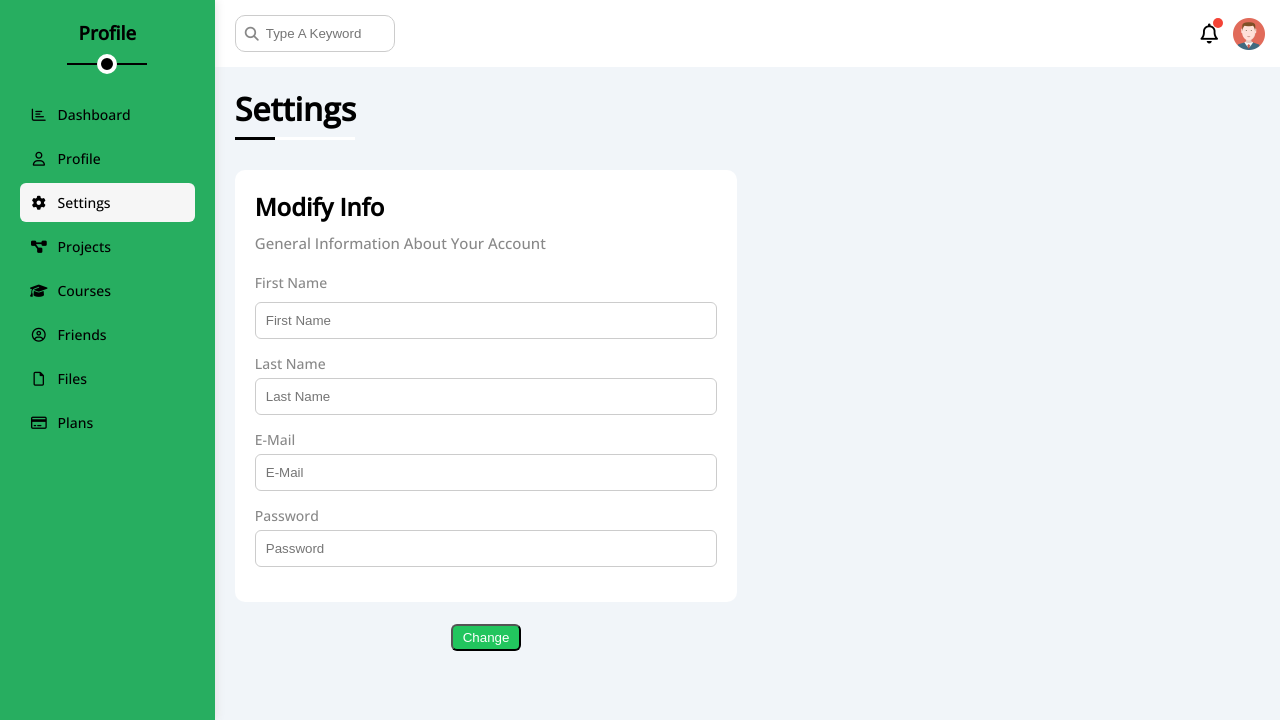
Repository: souhailaniba/Bookly
Page: public/assets/books webstie/settings.html
These files come from the project's save history. The page is drawn as it stood at one moment and after the next save; the edit follows.
The browser window is 1280 px wide. The pictures show the whole page.

Above is the page before, as saved 2023-01-27 15:05:08.

### public/assets/books webstie/settings.html
<!DOCTYPE html>
<html lang="en">
  <head>
    <meta charset="UTF-8" />
    <meta http-equiv="X-UA-Compatible" content="IE=edge" />
    <meta name="viewport" content="width=device-width, initial-scale=1.0" />
    <title>Settings</title>
    <link rel="stylesheet" href="css/all.min.css" />
    <link rel="stylesheet" href="css/framework.css" />
    <link rel="stylesheet" href="css/master.css" />
    <link rel="preconnect" href="https://fonts.googleapis.com" />
    <link rel="preconnect" href="https://fonts.gstatic.com" crossorigin />
    <link href="https://fonts.googleapis.com/css2?family=Open+Sans:wght@300;500&display=swap" rel="stylesheet" />
  </head>
  <body>
    <div class="page d-flex">
      <div class="sidebar bg-white p-20 p-relative"   style="background-color: #27ae60;">
        <h3 class="p-relative txt-c mt-0">Profile</h3>
        <ul>
          <li>
            <a class="d-flex align-center fs-14 c-black rad-6 p-10" href="profil.html">
              <i class="fa-regular fa-chart-bar fa-fw"></i>
              <span>Dashboard</span>
            </a>
          </li>
          <li>
            <a class="d-flex align-center fs-14 c-black rad-6 p-10" href="profile.html">
              <i class="fa-regular fa-user fa-fw"></i>
              <span>Profile</span>
            </a>
          </li>
          <li>
            <a class="active d-flex align-center fs-14 c-black rad-6 p-10" href="settings.html">
              <i class="fa-solid fa-gear fa-fw"></i>
              <span>Settings</span>
            </a>
          </li>
          <li>
            <a class="d-flex align-center fs-14 c-black rad-6 p-10" href="projects.html">
              <i class="fa-solid fa-diagram-project fa-fw"></i>
              <span>Projects</span>
            </a>
          </li>
          <li>
            <a class="d-flex align-center fs-14 c-black rad-6 p-10" href="courses.html">
              <i class="fa-solid fa-graduation-cap fa-fw"></i>
              <span>Courses</span>
            </a>
          </li>
          <li>
            <a class="d-flex align-center fs-14 c-black rad-6 p-10" href="friends.html">
              <i class="fa-regular fa-circle-user fa-fw"></i>
              <span>Friends</span>
            </a>
          </li>
          <li>
            <a class="d-flex align-center fs-14 c-black rad-6 p-10" href="files.html">
              <i class="fa-regular fa-file fa-fw"></i>
              <span>Files</span>
            </a>
          </li>
          <li>
            <a class="d-flex align-center fs-14 c-black rad-6 p-10" href="plans.html">
              <i class="fa-regular fa-credit-card fa-fw"></i>
              <span>Plans</span>
            </a>
          </li>
        </ul>
      </div>
      <div class="content w-full">
        <!-- Start Head -->
        <div class="head bg-white p-15 between-flex">
          <div class="search p-relative">
            <input class="p-10" type="search" placeholder="Type A Keyword" />
          </div>
          <div class="icons d-flex align-center">
            <span class="notification p-relative">
              <i class="fa-regular fa-bell fa-lg"></i>
            </span>
            <img src="imgs/avatar.png" alt="" />
          </div>
        </div>
        <!-- End Head -->
        <h1 class="p-relative">Settings</h1>
        <div class="settings-page m-20 d-grid gap-20">
          <!-- Start Settings Box -->
          <form action="">
            <div class="p-20 bg-white rad-10">
              <h2 class="mt-0 mb-10">Modify Info</h2>
              <p class="mt-0 mb-20 c-grey fs-15">General Information About Your Account</p>
              <div class="mb-15">
                <label class="fs-14 c-grey d-block mb-10" for="first">First Name</label>
                <input
                  class="b-none border-ccc p-10 rad-6 d-block w-full"
                  type="text"
                  id="first"
                  placeholder="First Name"
                />
              </div>
              <div class="mb-15">
                <label class="fs-14 c-grey d-block mb-5" for="last">Last Name</label>
                <input
                  class="b-none border-ccc p-10 rad-6 d-block w-full"
                  id="last"
                  type="text"
                  placeholder="Last Name"
                />
              </div>
              <div class="mb-15">
                <label class="fs-14 c-grey d-block mb-5" for="email">E-Mail</label>
                <input
                  class="b-none border-ccc p-10 rad-6 d-block w-full"
                  id="email"
                  type="email"
                  placeholder="E-Mail"
                />
              </div>
              <div class="mb-15">
                <label class="fs-14 c-grey d-block mb-5" for="password">Password</label>
                <input
                  class="b-none border-ccc p-10 rad-6 d-block w-full"
                  id="password"
                  type="password"
                  placeholder="Password"
                />
              </div>
            </div>
              <br><center><button class="button bg-green c-white btn-shape" type="submit" action="">Change</button></center>
            </div>
          </div>
        </form>
          <!-- End Settings Box -->
        </div>
      </div>
    </div>
  </body>
</html>

### public/assets/books webstie/css/framework.css
:root {
  --blue-color: #0075ff;
  --blue-alt-color: #0d69d5;
  --orange-color: #f59e0b;
  --green-color: #22c55e;
  --red-color: #f44336;
  --grey-color: #888;
}
/* Start Box */
.d-flex {
  display: flex;
}
.f-wrap {
  flex-wrap: wrap;
}
.align-center {
  align-items: center;
}
.space-between {
  justify-content: space-between;
}
.d-grid {
  display: grid;
}
.gap-20 {
  gap: 20px;
}
.d-block {
  display: block;
}
@media (max-width: 767px) {
  .block-mobile {
    display: block;
  }
  .hide-mobile {
    display: none;
  }
}
/* End Box */
/* Start Padding + Margin */
.p-10 {
  padding: 10px;
}
.p-15 {
  padding: 15px;
}
.p-20 {
  padding: 20px;
}
.pt-10 {
  padding-top: 10px;
}
.pt-15 {
  padding-top: 15px;
}
.pt-20 {
  padding-top: 20px;
}
.pb-10 {
  padding-bottom: 10px;
}
.pb-15 {
  padding-bottom: 15px;
}
.pb-20 {
  padding-bottom: 20px;
}
.pl-15 {
  padding-left: 15px;
}
.m-0 {
  margin: 0;
}
.m-15 {
  margin: 15px;
}
.m-20 {
  margin: 20px;
}
.mt-0 {
  margin-top: 0;
}
.mt-5 {
  margin-top: 5px;
}
.mt-10 {
  margin-top: 10px;
}
.mt-15 {
  margin-top: 15px;
}
.mt-20 {
  margin-top: 20px;
}
.mt-25 {
  margin-top: 25px;
}
.mr-10 {
  margin-right: 10px;
}
.mr-15 {
  margin-right: 15px;
}
.mb-5 {
  margin-bottom: 5px;
}
.mb-10 {
  margin-bottom: 10px;
}
.mb-15 {
  margin-bottom: 15px;
}
.mb-20 {
  margin-bottom: 20px;
}
.mb-25 {
  margin-bottom: 25px;
}
/* End Padding + Margin */
/* Start Color */
.c-black {
  color: black;
}
.c-white {
  color: white;
}
.c-grey {
  color: var(--grey-color);
}
.c-red {
  color: var(--red-color);
}
.c-green {
  color: var(--green-color);
}
.c-blue {
  color: var(--blue-color);
}
.c-orange {
  color: var(--orange-color);
}
.bg-red {
  background-color: var(--red-color);
}
.bg-green {
  background-color: var(--green-color);
}
.bg-blue {
  background-color: var(--blue-color);
}
.bg-orange {
  background-color: var(--orange-color);
}
.bg-white {
  background-color: white;
}
.bg-eee {
  background-color: #eee;
}
/* End Color */
/* Start Position */
.p-relative {
  position: relative;
}
.p-absolute {
  position: absolute;
}
/* End Position */
/* Start Font */
.txt-c {
  text-align: center;
}
.fs-13 {
  font-size: 13px;
}
.fs-14 {
  font-size: 14px;
}
.fs-15 {
  font-size: 15px;
}
.fs-25 {
  font-size: 25px;
}
.fw-bold {
  font-weight: bold;
}
@media (max-width: 767px) {
  .txt-c-mobile {
    text-align: center;
  }
}
/* End Font */
/* Start Border */
.rad-6 {
  border-radius: 6px;
}
.rad-10 {
  border-radius: 10px;
}
.rad-half {
  border-radius: 50%;
}
.b-none {
  border: none;
}
.border-ccc {
  border: 1px solid #ccc;
}
.border-eee {
  border: 1px solid #eee;
}

/* End Border */
/* Start Width + Height */
.w-full {
  width: 100%;
}
.w-100 {
  width: 100px;
}
.w-fit {
  width: fit-content;
}
.h-full {
  height: 100%;
}
.h-100 {
  height: 100px;
}
/* End Width + Height */
/* Start Components */
.center-flex {
  display: flex;
  align-items: center;
  justify-content: center;
}
.between-flex {
  display: flex;
  align-items: center;
  justify-content: space-between;
}
.btn-shape {
  padding: 4px 10px;
  border-radius: 6px;
}
/* End Components */

Loaded but not shown: public/assets/books webstie/css/all.min.css (library); public/assets/books webstie/css/master.css (1171 lines, source omitted)

After the next save:
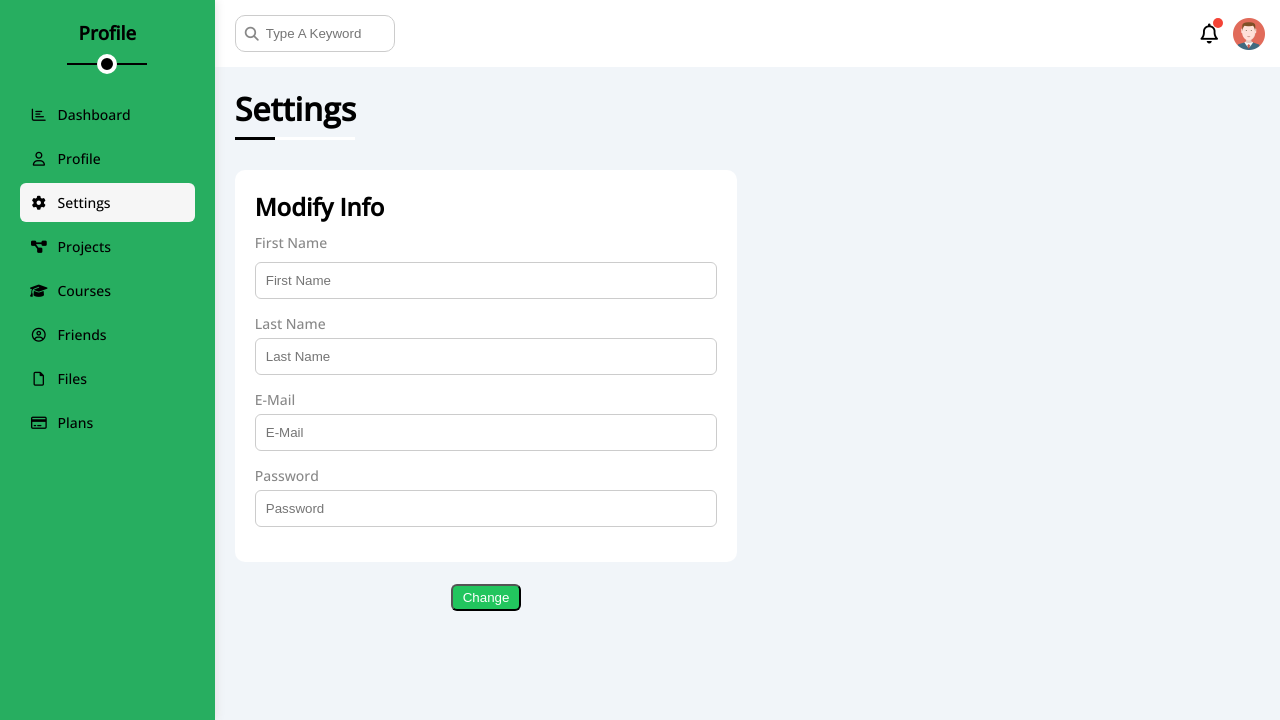
Saved 6 s later.
--- a/public/assets/books webstie/settings.html
+++ b/public/assets/books webstie/settings.html
@@ -87,7 +87,6 @@
           <form action="">
             <div class="p-20 bg-white rad-10">
               <h2 class="mt-0 mb-10">Modify Info</h2>
-              <p class="mt-0 mb-20 c-grey fs-15">General Information About Your Account</p>
               <div class="mb-15">
                 <label class="fs-14 c-grey d-block mb-10" for="first">First Name</label>
                 <input
